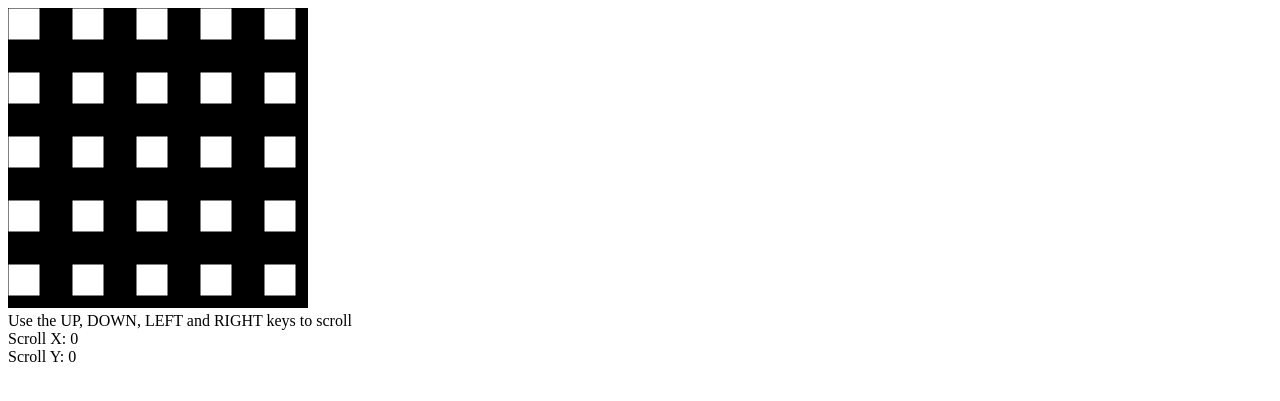
Repository: mydesignbuddy/IsoGame
Page: simpleGrid.html
The author's editor kept a record of every edit. The page is drawn from the files as they stood at one moment, then again after the next edit.
The browser window is 1280 px wide. The pictures show the whole page.

Above is the page before.

### simpleGrid.html
<!DOCTYPE html>
<html lang="en">
  <head>
    <meta charset="UTF-8" />
    <title>Simple Grid</title>

    <script>
    window.onload = function () {
        var tileMap = [];

        var tile = {
          width: 32,
          height: 32
        }

        var grid= {
          width: 2500,
          height: 2500
        }

        var Keys = {
          UP: 38,
          DOWN: 40,
          LEFT: 37,
          RIGHT: 39
        }

        var scroll = {
          x: 0,
          y: 0
        }

        var canvas = document.getElementById('myCanvas');
        var c = canvas.getContext('2d');

        window.addEventListener('keydown', handleKeyDown, false);

        initializeGrid();
        draw();

        function handleKeyDown(e) {
          switch (e.keyCode) {
            case Keys.UP:
              scroll.y -= ((scroll.y - tile.height) >= 0) ? tile.height : 0;
              break;
            case Keys.DOWN:
              scroll.y += tile.height;
              break;
            case Keys.LEFT:
              scroll.x -= ((scroll.x - tile.width) >= 0) ? tile.width : 0;
              break;
            case Keys.RIGHT:
              scroll.x += tile.width;
              break;
          }

          document.getElementById('scrollx').innerHTML = scroll.x;
          document.getElementById('scrolly').innerHTML = scroll.y;
        }

        function initializeGrid() {
          for (var i = 0; i < grid.width; i++) {
            tileMap[i] = [];
            for (var j = 0; j < grid.height; j++) {
              if ((i % 2) == 0 && (j % 2) == 0) {
                tileMap[i][j] = 0;
              } else {
                tileMap[i][j] = 1;
              }
            }
          }
        }

        function draw() {
          c.fillStyle = '#FFFFFF';
          c.fillRect (0, 0, canvas.width, canvas.height);
          c.fillStyle = '#000000';

          var startRow = Math.floor(scroll.x / tile.width);
          var startCol = Math.floor(scroll.y / tile.height);
          var rowCount = startRow + Math.floor(canvas.width / tile.width) + 1;
          var colCount = startCol + Math.floor(canvas.height / tile.height) + 1;

          for (var row = startRow; row < rowCount; row++) {
            for (var col = startCol; col < colCount; col++) {
              var tilePositionX = tile.width * row;
              var tilePositionY = tile.height * col;

              tilePositionX -= scroll.x;
              tilePositionY -= scroll.y;

              if (tileMap[row][col] == 0) {
                  c.fillStyle = '#FF0000';
                c.strokeRect(tilePositionX, tilePositionY, tile.width, tile.height);
              } else {
                  c.fillStyle = '#000000';
                c.fillRect(tilePositionX, tilePositionY, tile.width, tile.height);
              }
            }
          }

          setTimeout(draw, 1);
        }
      }
    </script>

    </head>
  <body>
    <canvas id="myCanvas" width="300" height="300"></canvas>
    <br />
    Use the UP, DOWN, LEFT and RIGHT keys to scroll
    <br />
    Scroll X: <span id="scrollx">0</span><br />
    Scroll Y: <span id="scrolly">0</span>
  </body>
</html>

After the next edit:
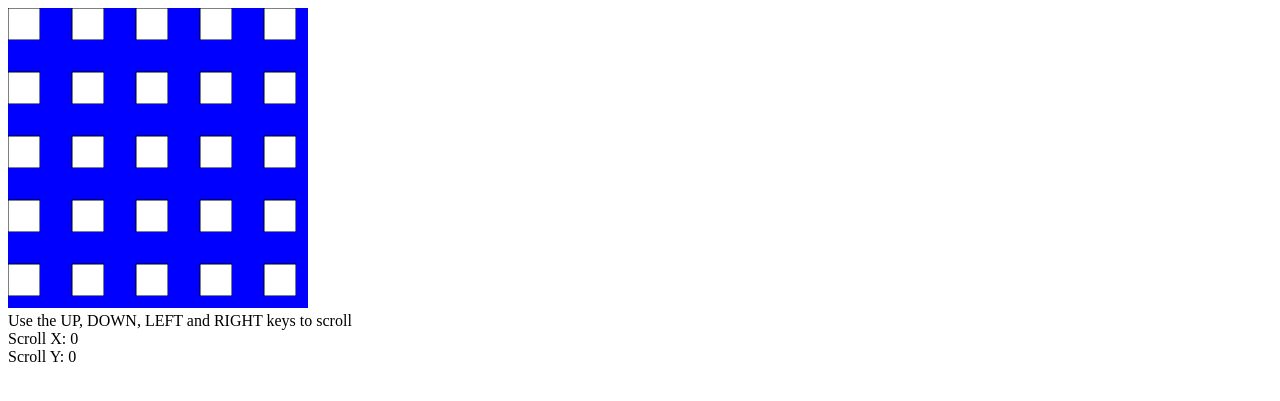
The edit:
--- a/simpleGrid.html
+++ b/simpleGrid.html
@@ -93,7 +93,7 @@
                   c.fillStyle = '#FF0000';
                 c.strokeRect(tilePositionX, tilePositionY, tile.width, tile.height);
               } else {
-                  c.fillStyle = '#000000';
+                  c.fillStyle = '#0000FF';
                 c.fillRect(tilePositionX, tilePositionY, tile.width, tile.height);
               }
             }
